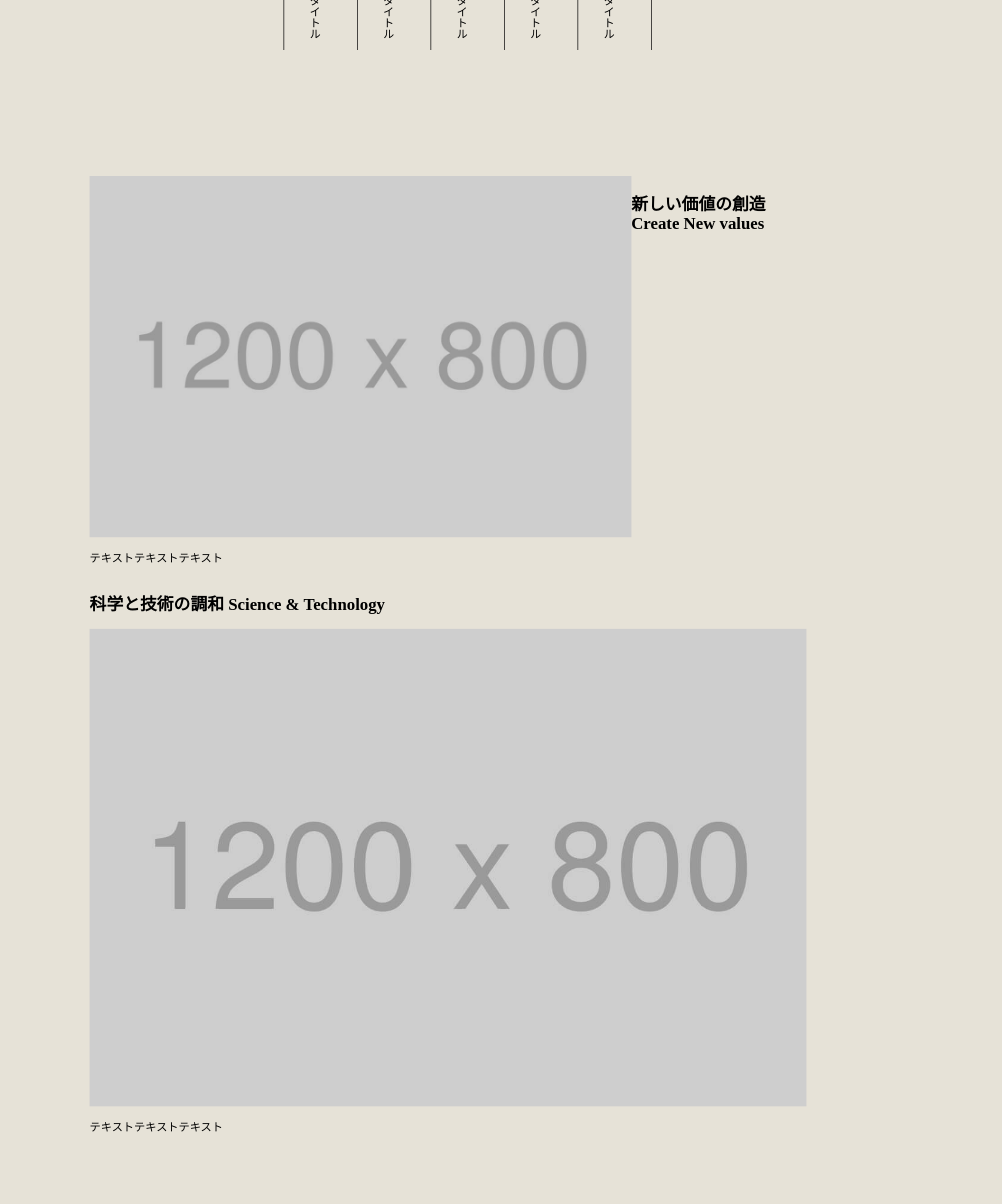
Repository: Fuki-san/wagashi
Page: http://localhost/wagashi
These files come from the project's save history. The page is drawn as it stood at one moment and after a run of saves; the edit follows.
The browser window is 1280 px wide. The page is 1432 px wide, so the pictures cover 1432 px, including what lies to the right of the window. The pictures show the part of the page from y = 1299 to 3019 px (the page is 3779 px tall before and 3896 px after), at 70% of full size.
Pictures or frames that could not be fetched are drawn as grey boxes. The page is served by the project's Laravel application, run on PHP 8.4 with Laravel 10.

Above is the page before, as saved 2023-12-09 15:54:12.

After the next 2 saves:
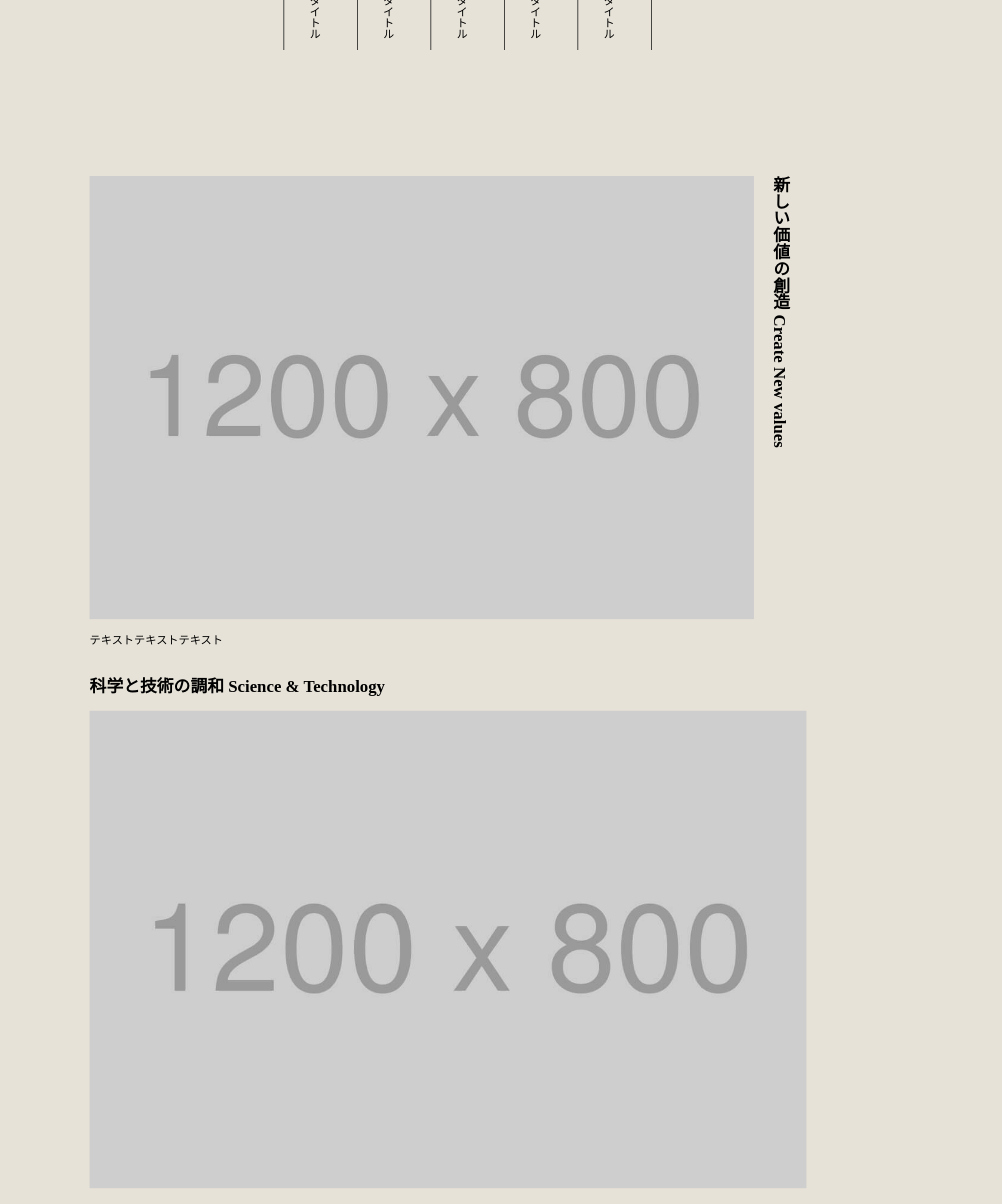
The 2 saves are shown as one change because they came seconds apart.
The last was saved 10 s later.
--- a/public/css/style.css
+++ b/public/css/style.css
@@ -127,4 +127,6 @@ li{
     display: flex;
     flex-direction: row-reverse;
 }
-#products1
+#products1 .sec-title{
+    writing-mode: vertical-rl;
+}
